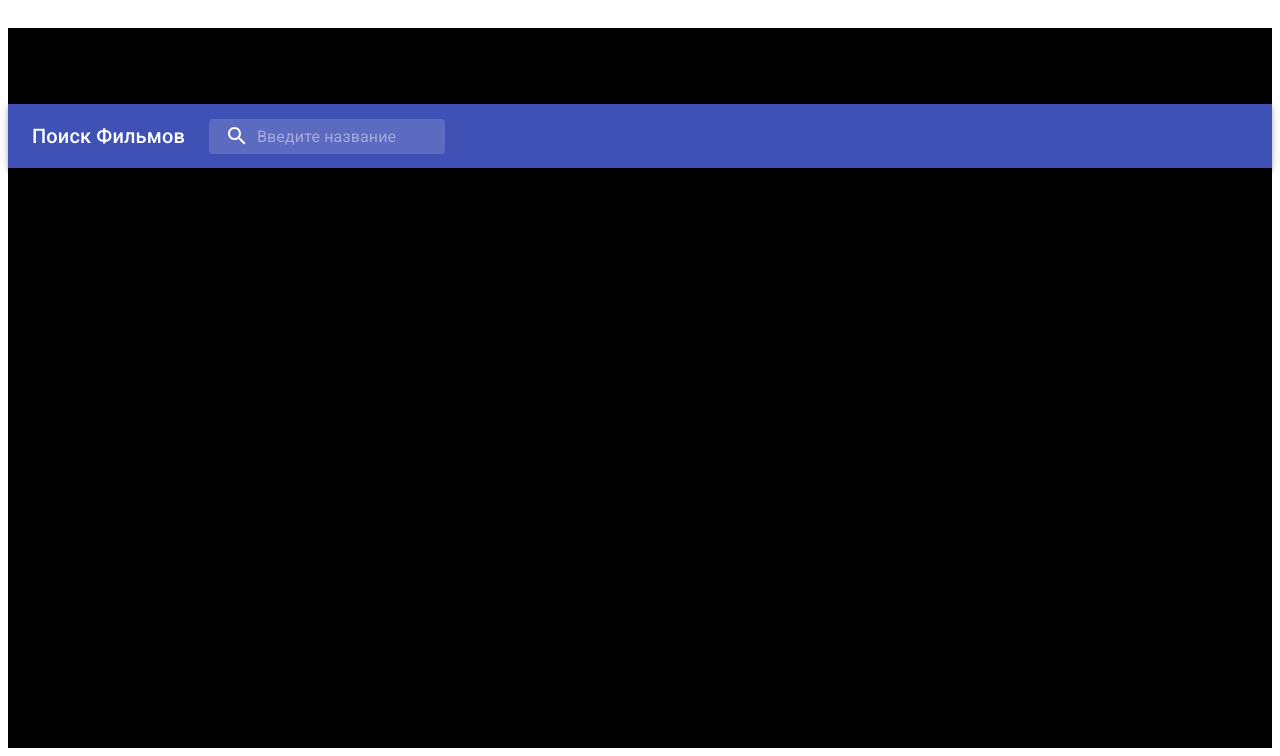
Repository: Hansol46/Films-archive
Page: /
The author's editor kept a copy of each file at every save. The page is drawn from the files as they stood at one save, then again after the next save.
The browser window is 1280 px wide. The pictures show the whole page.
The page's requests for data from a server got no answer. The project was rebuilt for these pictures with package versions that can differ from the ones it lists, and the page was loaded fresh each time. No one was signed in, and anything a server would have sent is missing. Also part of the build but not shown: webpack.config.js.

Above is the page before, as saved 2020-09-25 01:27:33.

### src/index.html
<!DOCTYPE html>
<html lang="en">
<head>
    <meta charset="UTF-8">
    <meta name="viewport" content="width=device-width, initial-scale=1.0">
    <title>Search Films</title>
    <link rel="stylesheet" href="https://fonts.googleapis.com/css?family=Roboto:300,400,500,700&display=swap" />
    <link rel="stylesheet" href="https://fonts.googleapis.com/icon?family=Material+Icons" />
</head>
<body>
    <div id='root'>

    </div>
</body>
</html>

### src/index.js
import React from 'react'
import ReactDOM from 'react-dom'
import App from './components/App'


ReactDOM.render(<App />, document.getElementById('root'))

### src/components/App.js
import React from 'react'
import '../styles/App.css'
import PrimarySearchAppBar from './material/nav'
import Search from './Search'


function App () {
    return (
        <div className={'main'}>
            <h1> its my project</h1>
            <PrimarySearchAppBar />
            <Search />
        </div>
    )
}

export default App

### src/styles/App.css
h1 {
    color: black;
    text-align: center;
    font-size: 42px;
}
.main {
    background-color: black;
    height: 100vh;
    padding-top: 0px;
    margin-top: 0px;
    color: white;
}

### src/components/material/nav.js
import React from 'react';
import { fade, makeStyles } from '@material-ui/core/styles';
import AppBar from '@material-ui/core/AppBar';
import Toolbar from '@material-ui/core/Toolbar';
import IconButton from '@material-ui/core/IconButton';
import Typography from '@material-ui/core/Typography';
import InputBase from '@material-ui/core/InputBase';
import Badge from '@material-ui/core/Badge';
import MenuItem from '@material-ui/core/MenuItem';
import Menu from '@material-ui/core/Menu';
import MenuIcon from '@material-ui/icons/Menu';
import SearchIcon from '@material-ui/icons/Search';
import AccountCircle from '@material-ui/icons/AccountCircle';
import MailIcon from '@material-ui/icons/Mail';
import NotificationsIcon from '@material-ui/icons/Notifications';
import MoreIcon from '@material-ui/icons/MoreVert';

const useStyles = makeStyles((theme) => ({
  grow: {
    flexGrow: 1,
  },
  menuButton: {
    marginRight: theme.spacing(2),
  },
  title: {
    display: 'none',
    [theme.breakpoints.up('sm')]: {
      display: 'block',
    },
  },
  search: {
    position: 'relative',
    borderRadius: theme.shape.borderRadius,
    backgroundColor: fade(theme.palette.common.white, 0.15),
    '&:hover': {
      backgroundColor: fade(theme.palette.common.white, 0.25),
    },
    marginRight: theme.spacing(2),
    marginLeft: 0,
    width: '100%',
    [theme.breakpoints.up('sm')]: {
      marginLeft: theme.spacing(3),
      width: 'auto',
    },
  },
  searchIcon: {
    padding: theme.spacing(0, 2),
    height: '100%',
    position: 'absolute',
    pointerEvents: 'none',
    display: 'flex',
    alignItems: 'center',
    justifyContent: 'center',
  },
  inputRoot: {
    color: 'inherit',
  },
  inputInput: {
    padding: theme.spacing(1, 1, 1, 0),
    // vertical padding + font size from searchIcon
    paddingLeft: `calc(1em + ${theme.spacing(4)}px)`,
    transition: theme.transitions.create('width'),
    width: '100%',
    [theme.breakpoints.up('md')]: {
      width: '20ch',
    },
  },
  sectionDesktop: {
    display: 'none',
    [theme.breakpoints.up('md')]: {
      display: 'flex',
    },
  },
  sectionMobile: {
    display: 'flex',
    [theme.breakpoints.up('md')]: {
      display: 'none',
    },
  },
}));

export default function PrimarySearchAppBar() {
  const classes = useStyles();
  const [anchorEl, setAnchorEl] = React.useState(null);
  const [mobileMoreAnchorEl, setMobileMoreAnchorEl] = React.useState(null);

  const isMenuOpen = Boolean(anchorEl);
  const isMobileMenuOpen = Boolean(mobileMoreAnchorEl);

  const handleProfileMenuOpen = (event) => {
    setAnchorEl(event.currentTarget);
  };

  const handleMobileMenuClose = () => {
    setMobileMoreAnchorEl(null);
  };

  const handleMenuClose = () => {
    setAnchorEl(null);
    handleMobileMenuClose();
  };

  const handleMobileMenuOpen = (event) => {
    setMobileMoreAnchorEl(event.currentTarget);
  };

  const menuId = 'primary-search-account-menu';
  const renderMenu = (
    <Menu
      anchorEl={anchorEl}
      anchorOrigin={{ vertical: 'top', horizontal: 'right' }}
      id={menuId}
      keepMounted
      transformOrigin={{ vertical: 'top', horizontal: 'right' }}
      open={isMenuOpen}
      onClose={handleMenuClose}
    >
      <MenuItem onClick={handleMenuClose}>Profile</MenuItem>
      <MenuItem onClick={handleMenuClose}>My account</MenuItem>
    </Menu>
  );

  const mobileMenuId = 'primary-search-account-menu-mobile';
  const renderMobileMenu = (
    <Menu
      anchorEl={mobileMoreAnchorEl}
      anchorOrigin={{ vertical: 'top', horizontal: 'right' }}
      id={mobileMenuId}
      keepMounted
      transformOrigin={{ vertical: 'top', horizontal: 'right' }}
      open={isMobileMenuOpen}
      onClose={handleMobileMenuClose}
    >
      <MenuItem>
        <IconButton aria-label="show 4 new mails" color="inherit">
          <Badge badgeContent={4} color="secondary">
            <MailIcon />
          </Badge>
        </IconButton>
        <p>Messages</p>
      </MenuItem>
      <MenuItem>
        <IconButton aria-label="show 11 new notifications" color="inherit">
          <Badge badgeContent={11} color="secondary">
            <NotificationsIcon />
          </Badge>
        </IconButton>
        <p>Notifications</p>
      </MenuItem>
      <MenuItem onClick={handleProfileMenuOpen}>
        <IconButton
          aria-label="account of current user"
          aria-controls="primary-search-account-menu"
          aria-haspopup="true"
          color="inherit"
        >
          <AccountCircle />
        </IconButton>
        <p>Profile</p>
      </MenuItem>
    </Menu>
  );

  return (
    <div className={classes.grow}>
      <AppBar position="static">
        <Toolbar>
          {/* <IconButton
            edge="start"
            className={classes.menuButton}
            color="inherit"
            aria-label="open drawer"
          >
            <MenuIcon />
          </IconButton> */}
          <Typography className={classes.title} variant="h6" noWrap>
            Поиск Фильмов
          </Typography>
          <div className={classes.search}>
            <div className={classes.searchIcon}>
              <SearchIcon />
            </div>
            <InputBase
              placeholder="Введите название"
              classes={{
                root: classes.inputRoot,
                input: classes.inputInput,
              }}
              inputProps={{ 'aria-label': 'search' }}
            />
          </div>
          <div className={classes.grow} />
          <div className={classes.sectionDesktop}>
            {/* <IconButton aria-label="show 4 new mails" color="inherit">
              <Badge badgeContent={4} color="secondary">
                <MailIcon />
              </Badge>
            </IconButton>
            <IconButton aria-label="show 17 new notifications" color="inherit">
              <Badge badgeContent={17} color="secondary">
                <NotificationsIcon />
              </Badge>
            </IconButton>
            <IconButton
              edge="end"
              aria-label="account of current user"
              aria-controls={menuId}
              aria-haspopup="true"
              onClick={handleProfileMenuOpen}
              color="inherit"
            >
              <AccountCircle />
            </IconButton>
          </div>
          <div className={classes.sectionMobile}>
            <IconButton
              aria-label="show more"
              aria-controls={mobileMenuId}
              aria-haspopup="true"
              onClick={handleMobileMenuOpen}
              color="inherit"
            >
              <MoreIcon />
            </IconButton> */}
          </div>
        </Toolbar>
      </AppBar>
      {renderMobileMenu}
      {renderMenu}
    </div>
  );
}

### src/components/Search.js
import React, { useEffect, useState } from 'react'

function Search() {

    const [state, setState] = useState([]);

    useEffect(() => {
        const APIurl = 'http://www.omdbapi.com/?i=tt3896198&apikey=480344f1'
        fetch(APIurl)
            .then(response => response.json())
            .then(json => setState(json))
    }, [])

    // http://www.omdbapi.com/?t=inception&y=&plot=short&r=json

    return(
        <div>
            {state.Title}
            <br></br>
            {state.Year}
            <br></br>
            <img src={state.Poster}/>
        </div>

    )


}
export default Search

After the next save:
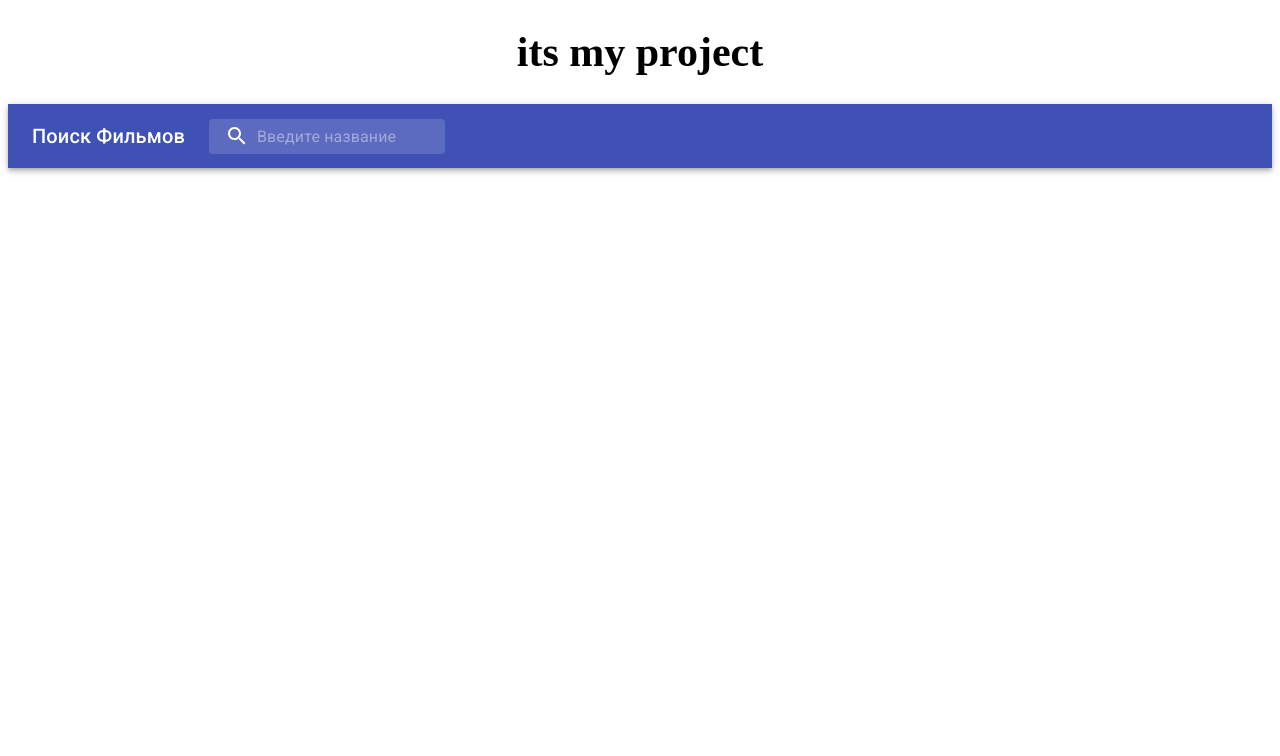
Saved 6 s later.
--- a/src/styles/App.css
+++ b/src/styles/App.css
@@ -4,9 +4,5 @@ h1 {
     font-size: 42px;
 }
 .main {
-    background-color: black;
     height: 100vh;
-    padding-top: 0px;
-    margin-top: 0px;
-    color: white;
 }
